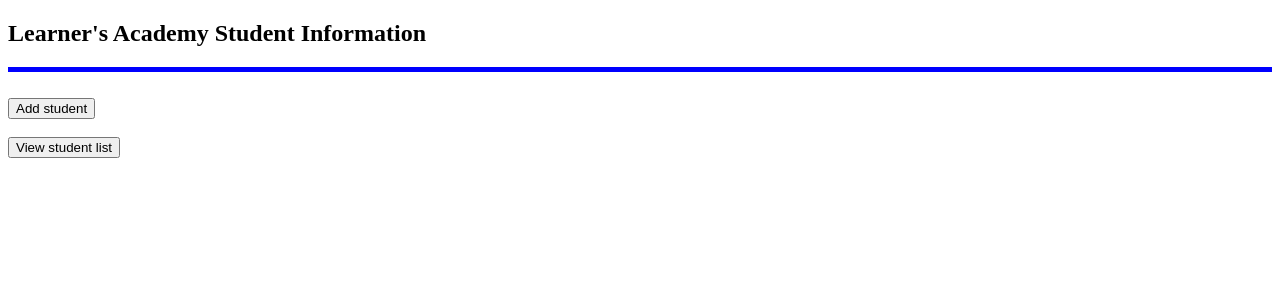
Repository: anithagnana123/Simplilearn_Phase2_project
Page: phase2-project/src/main/java/simplilearn/model/WEB-INF/student.html
The author's editor kept a copy of each file at every save. The page is drawn from the files as they stood at one save, then again after the next save.
The browser window is 1280 px wide. The pictures show the whole page.

Above is the page before, as saved 2022-10-20 09:42:51.

### phase2-project/src/main/java/simplilearn/model/WEB-INF/student.html
<!DOCTYPE html>
<html>
<head>
<meta charset="ISO-8859-1">
<title>learners-academy-student-info</title>
</head>
<body>
<h2>Learner's Academy Student Information</h2>
<hr color="blue" size ="5"/>

<form method="get" action="/phase2-project/addstudent">
    <br> <input type='submit' value='Add student'/>
</form>

<form method="get" action="/phase2-project/viewstudent.jsp">
    <br> <input type='submit' value='View student list'/>
    <br> <input type='hidden' name='operation' value='viewstudent'/>
</form>


</body>
</html>

After the next save:
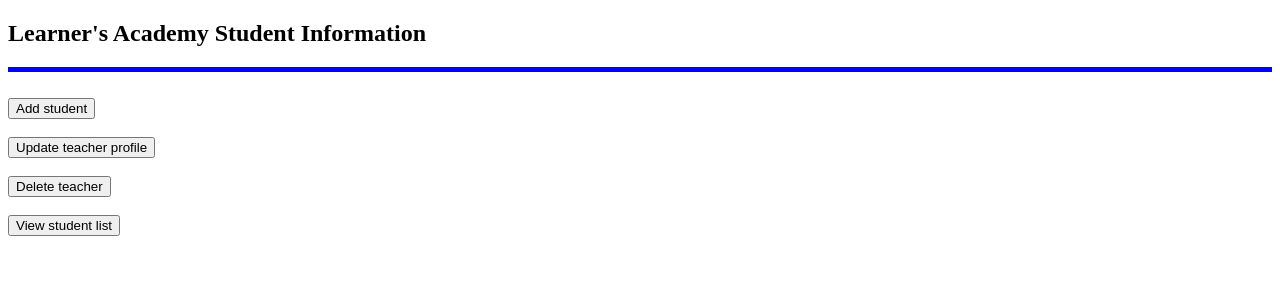
Saved 38 s later.
--- a/phase2-project/src/main/java/simplilearn/model/WEB-INF/student.html
+++ b/phase2-project/src/main/java/simplilearn/model/WEB-INF/student.html
@@ -12,6 +12,14 @@
     <br> <input type='submit' value='Add student'/>
 </form>
 
+<form method="get" action="/phase2-project/updatestudent">
+    <br> <input type='submit' value='Update teacher profile'/>
+</form>
+
+<form method="get" action="/phase2-project/deletestudent">
+    <br> <input type='submit' value='Delete teacher'/>
+</form>
+
 <form method="get" action="/phase2-project/viewstudent.jsp">
     <br> <input type='submit' value='View student list'/>
     <br> <input type='hidden' name='operation' value='viewstudent'/>
